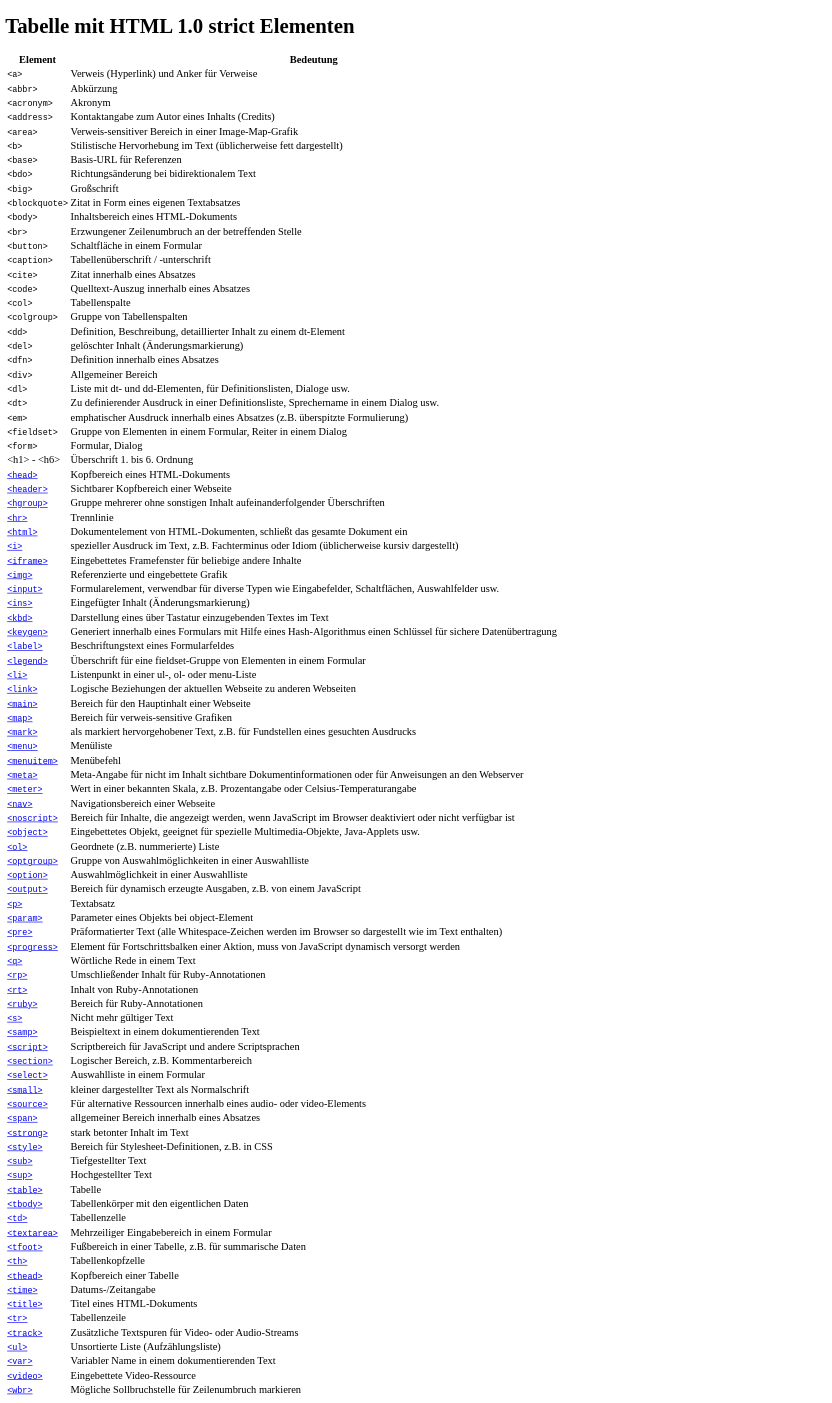
Repository: pLurchi/MyWebengineeringRepo
Page: RemoteSystemsTempFiles/HA-Kapitel06/WebContent/index.html
An editor plug-in stored every save of this project. The page is shown before and after the next save, followed by the edit.
The browser window is 1280 px wide. The pictures show the whole page, at 65% of full size.

Above is the page before, as saved 2013-11-28 17:04:58.

After the next save:
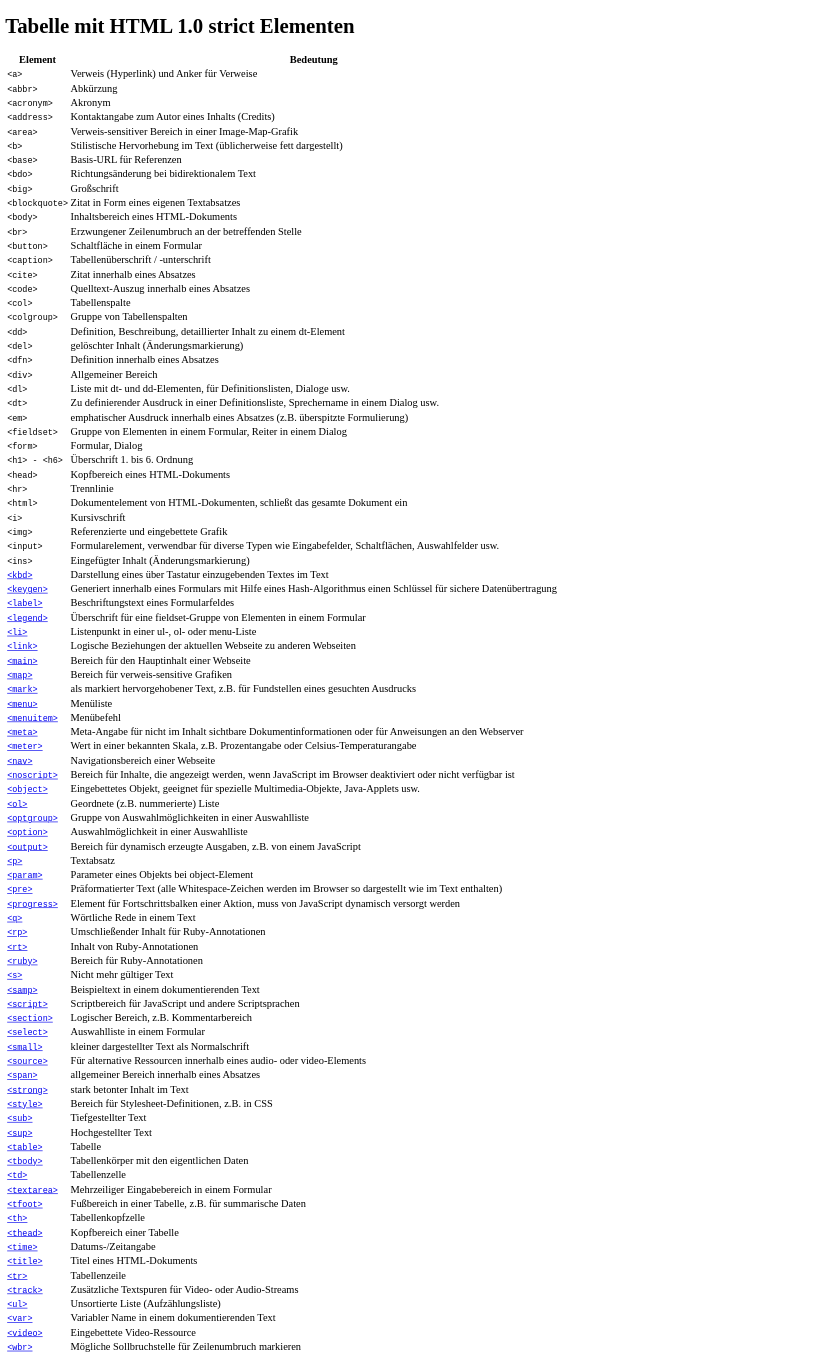
Saved 3 min 9 s later.
--- a/RemoteSystemsTempFiles/HA-Kapitel06/WebContent/index.html
+++ b/RemoteSystemsTempFiles/HA-Kapitel06/WebContent/index.html
@@ -124,49 +124,37 @@
 			<td>Formular, Dialog</td>
 		</tr>
 		<tr>
-			<td>&lt;h1&gt; - &lt;h6&gt;</td>
+			<td><tt>&lt;h1&gt; - &lt;h6&gt;</tt></td>
 		<td>Überschrift 1. bis 6. Ordnung</td>
 		</tr>
-<tr>
-<td><tt><a href="/html-handbuch:html-elementreferenz-head">&lt;head&gt;</a></tt></td>
-<td>Kopfbereich eines HTML-Dokuments</td>
-</tr>
-<tr>
-<td><tt><a href="/html-handbuch:html-elementreferenz-header">&lt;header&gt;</a></tt></td>
-<td>Sichtbarer Kopfbereich einer Webseite</td>
-</tr>
-<tr>
-<td><tt><a href="/html-handbuch:html-elementreferenz-hgroup">&lt;hgroup&gt;</a></tt></td>
-<td>Gruppe mehrerer ohne sonstigen Inhalt aufeinanderfolgender Überschriften</td>
-</tr>
-<tr>
-<td><tt><a href="/html-handbuch:html-elementreferenz-hr">&lt;hr&gt;</a></tt></td>
-<td>Trennlinie</td>
-</tr>
-<tr>
-<td><tt><a href="/html-handbuch:html-elementreferenz-html">&lt;html&gt;</a></tt></td>
-<td>Dokumentelement von HTML-Dokumenten, schließt das gesamte Dokument ein</td>
-</tr>
-<tr>
-<td><tt><a href="/html-handbuch:html-elementreferenz-i">&lt;i&gt;</a></tt></td>
-<td>spezieller Ausdruck im Text, z.B. Fachterminus oder Idiom (üblicherweise kursiv dargestellt)</td>
-</tr>
-<tr>
-<td><tt><a href="/html-handbuch:html-elementreferenz-iframe">&lt;iframe&gt;</a></tt></td>
-<td>Eingebettetes Framefenster für beliebige andere Inhalte</td>
-</tr>
-<tr>
-<td><tt><a href="/html-handbuch:html-elementreferenz-img">&lt;img&gt;</a></tt></td>
-<td>Referenzierte und eingebettete Grafik</td>
-</tr>
-<tr>
-<td><tt><a href="/html-handbuch:html-elementreferenz-input">&lt;input&gt;</a></tt></td>
-<td>Formularelement, verwendbar für diverse Typen wie Eingabefelder, Schaltflächen, Auswahlfelder usw.</td>
-</tr>
-<tr>
-<td><tt><a href="/html-handbuch:html-elementreferenz-ins">&lt;ins&gt;</a></tt></td>
-<td>Eingefügter Inhalt (Änderungsmarkierung)</td>
-</tr>
+		<tr>
+			<td><tt>&lt;head&gt;</tt></td>
+			<td>Kopfbereich eines HTML-Dokuments</td>
+		</tr>
+		<tr>
+			<td><tt>&lt;hr&gt;</tt></td>
+			<td>Trennlinie</td>
+		</tr>
+		<tr>
+			<td><tt>&lt;html&gt;</tt></td>
+			<td>Dokumentelement von HTML-Dokumenten, schließt das gesamte Dokument ein</td>
+		</tr>
+		<tr>
+			<td><tt>&lt;i&gt;</tt></td>
+			<td>Kursivschrift</td>
+		</tr>
+		<tr>
+			<td><tt>&lt;img&gt;</tt></td>
+			<td>Referenzierte und eingebettete Grafik</td>
+		</tr>
+		<tr>
+			<td><tt>&lt;input&gt;</tt></td>
+			<td>Formularelement, verwendbar für diverse Typen wie Eingabefelder, Schaltflächen, Auswahlfelder usw.</td>
+		</tr>
+		<tr>
+			<td><tt>&lt;ins&gt;</tt></td>
+			<td>Eingefügter Inhalt (Änderungsmarkierung)</td>
+		</tr>
 <tr>
 <td><tt><a href="/html-handbuch:html-elementreferenz-kbd">&lt;kbd&gt;</a></tt></td>
 <td>Darstellung eines über Tastatur einzugebenden Textes im Text</td>
